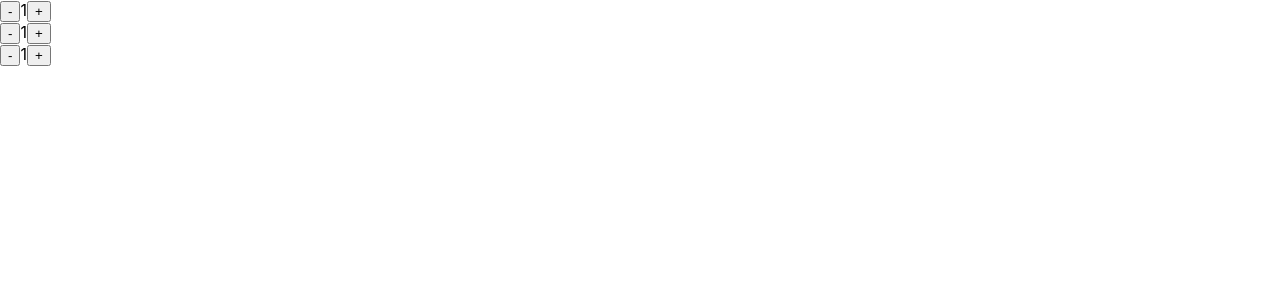
Repository: max535/test-task-netrika
Page: /
These files come from the project's save history. The page is drawn as it stood at one moment and after a run of saves; the edit follows.
The browser window is 1280 px wide. The pictures show the whole page.
The project was rebuilt for these pictures with package versions that can differ from the ones it lists, and the page was loaded fresh each time.

Above is the page before, as saved 2021-10-16 06:30:56.

### public/index.html
<!DOCTYPE html>
<html lang="en">
  <head>
    <meta charset="utf-8" />
    <meta name="viewport" content="width=device-width, initial-scale=1" />
    <title>Тестовые задания</title>
  </head>
  <body>
    <div id="root"></div>
  </body>
</html>

### src/App.js
import React from 'react';
import Counter from './Counter';
import './App.css';

function App() {
  return (
    <div className="App">
      <Counter />
      <Counter />
      <Counter />
    </div>
  );
}

export default App;

### src/Counter.js
import React, { useState } from 'react';

const Counter = () => {
    const [count, setCount] = useState(1);

    const handleIncrement = () => {
        setCount(count + 1);
    }

    const handleDecrement = () => {
        setCount(count - 1);
    }

    return (
        <div className="Counter">
            <button onClick={handleDecrement}>-</button>
            <span>{count}</span>
            <button onClick={handleIncrement}>+</button>
        </div>
    );
}

export default Counter;

### src/App.css
.App {
  display: flex;
  flex-direction: column;
  width: 100%;
  height: 100%;
}

Loaded but not shown: src/index.js (common file); src/index.css (common file)

After the next 2 saves:
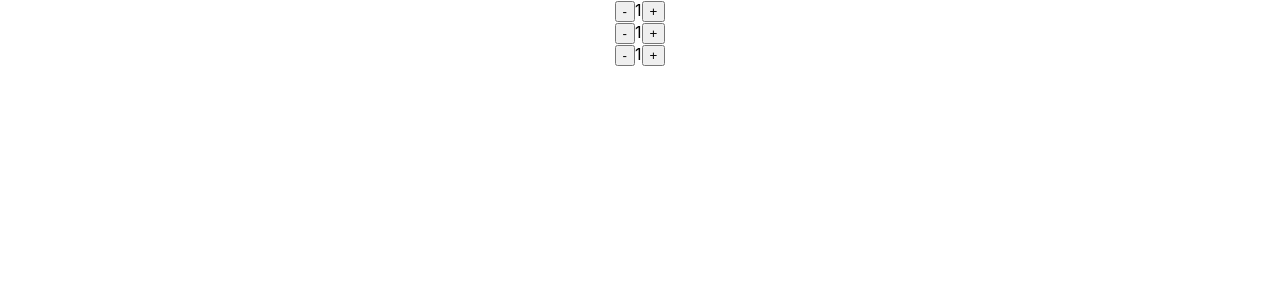
The 2 saves are shown as one change because they came seconds apart.
The last was saved 22 s later.
--- a/src/App.css
+++ b/src/App.css
@@ -1,6 +1,7 @@
 .App {
   display: flex;
   flex-direction: column;
+  align-items: center;
   width: 100%;
   height: 100%;
 }
